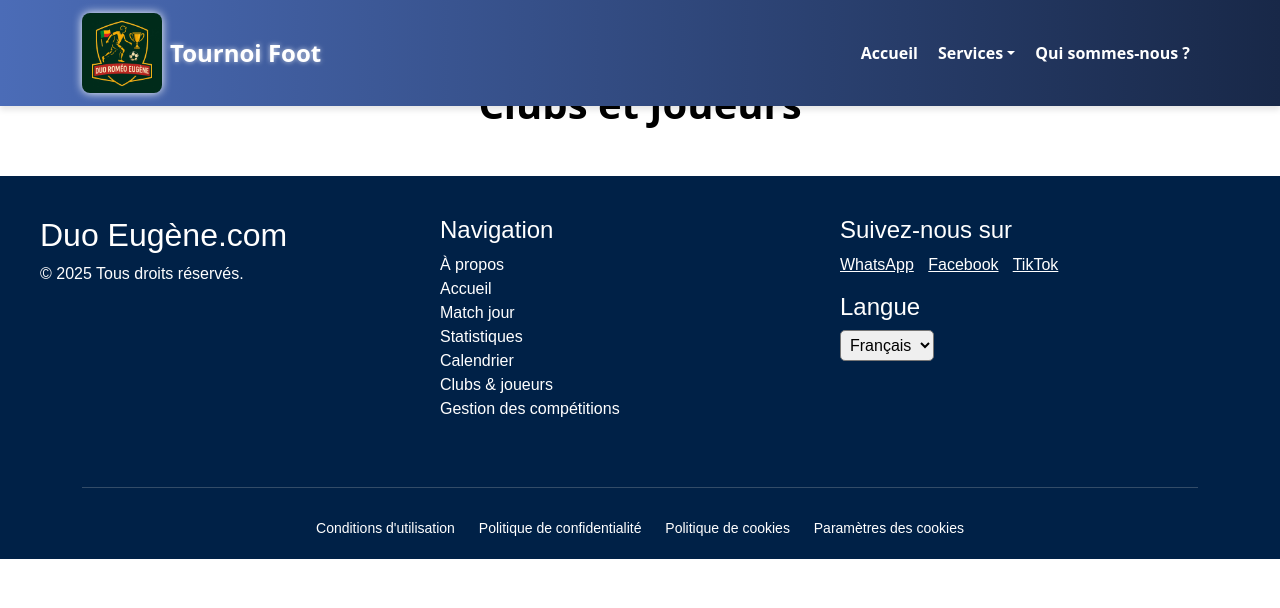
Repository: KILAYOSSI/tournoi_foot
Page: templates/pages/clubs_joueurs.html.twig
An editor plug-in stored every save of this project. The page is shown before and after the next save, followed by the edit.
The browser window is 1280 px wide. The pictures show the whole page.
The page is a Twig template of a Symfony application; nobody is signed in and links lead nowhere. The template is opened directly, without the code that normally fills it, so the values that code supplies are empty.

Above is the page before, as saved 2025-06-27 04:08:10.

### templates/pages/clubs_joueurs.html.twig
{% extends 'base.html.twig' %}

{% block title %}Clubs et Joueurs{% endblock %}

{% block body %}
<div class="container my-5">
    <h1 class="text-center mb-5 fw-bold" style="margin-top: 80px; color: #000000;">Clubs et Joueurs</h1>

    {% for club in clubs %}
        <div class="card mb-4 shadow-sm rounded-4 border-0">
            <div class="card-header text-center fw-bold fs-4
                {% if club.poule %}
                    {% if club.poule.nom == 'A' %} bg-primary text-white
                    {% elseif club.poule.nom == 'B' %} bg-success text-white
                    {% elseif club.poule.nom == 'C' %} bg-warning text-dark
                    {% elseif club.poule.nom == 'D' %} bg-info text-white
                    {% else %} bg-secondary text-white
                    {% endif %}
                {% else %}
                    bg-light text-dark
                {% endif %}
                rounded-top-4">
                {{ club.nom }}
                {% if club.poule %}
                    <span class="badge ms-2
                        {% if club.poule.nom == 'A' %} bg-primary
                        {% elseif club.poule.nom == 'B' %} bg-success
                        {% elseif club.poule.nom == 'C' %} bg-warning text-dark
                        {% elseif club.poule.nom == 'D' %} bg-info
                        {% else %} bg-secondary
                        {% endif %}
                    ">
                        Poule {{ club.poule.nom }}
                    </span>
                {% else %}
                    <span class="badge bg-secondary">Poule inconnue</span>
                {% endif %}
            </div>
            <div class="card-body">
                {% if club.joueurs|length > 0 %}
                    <div class="table-responsive">
                        <table class="table table-striped table-bordered align-middle mb-0">
                            <thead class="table-light">
                                <tr>
                                    <th>Nom du joueur</th>
                                    <th>Buts</th>
                                    <th>Passes</th>
                                    <th>🟨 Cartons jaunes</th>
                                    <th>🟥 Cartons rouges</th>
                                </tr>
                            </thead>
                            <tbody>
                                {% for joueur in club.joueurs %}
                                    <tr>
                                        <td>{{ joueur.nom }}</td>
                                        <td>{{ joueur.statistiquesmatches|length > 0 ? joueur.statistiquesmatches|first.buts : 0 }}</td>
                                        <td>{{ joueur.statistiquesmatches|length > 0 ? joueur.statistiquesmatches|first.passes : 0 }}</td>
                                        <td>{{ joueur.statistiquesmatches|length > 0 ? joueur.statistiquesmatches|first.cartonsjaunes : 0 }}</td>
                                        <td>{{ joueur.statistiquesmatches|length > 0 ? joueur.statistiquesmatches|first.cartonsrouges : 0 }}</td>
                                    </tr>
                                {% endfor %}
                            </tbody>
                        </table>
                    </div>
                {% else %}
                    <p class="text-center fst-italic">Aucun joueur enregistré pour ce club.</p>
                {% endif %}
            </div>
        </div>
    {% endfor %}
</div>

<style>
    .card-header {
        letter-spacing: 0.05em;
    }
    table.table tbody tr:hover {
        background-color: rgba(13, 110, 253, 0.1);
        cursor: pointer;
        transition: background-color 0.3s ease;
    }
</style>
{% endblock %}

### templates/base.html.twig
<!DOCTYPE html>
<html lang="fr">
<head>
    <meta charset="UTF-8" />
    <meta name="viewport" content="width=device-width, initial-scale=1" />
    <title>{% block title %}Tournoi de Football Inter-Village{% endblock %}</title>
    <link href="https://cdn.jsdelivr.net/npm/bootstrap@5.3.0/dist/css/bootstrap.min.css" rel="stylesheet" />
    <link rel="stylesheet" href="{{ asset('css/style.css') }}" />
    <link rel="stylesheet" href="{{ asset('css/custom_home.css') }}" />
    {% block stylesheets %}{% endblock %}
</head>
<body>
    <header>
        <nav class="navbar navbar-expand-lg fixed-top" style="background: linear-gradient(90deg, #4b6cb7 0%, #182848 100%); box-shadow: 0 4px 6px rgba(0,0,0,0.1);">
            <div class="container">
                <a class="navbar-brand d-flex align-items-center" href="{{ path('home') }}" style="font-weight: bold; font-size: 1.5rem; color: white; text-shadow: 0 0 5px rgba(255,255,255,0.7);">
<img src="{{ asset('assets/WhatsApp Image 2025-06-23 à 13.44.55_704b8a70.jpg') }}" alt="Logo" height="80" class="d-inline-block align-text-top me-2" style="filter: drop-shadow(0 0 5px #fff); border-radius: 0.5rem; max-height: 100px; max-width: 100px; object-fit: contain;"/>
                    <span style="color: white;">Tournoi Foot</span>
                </a>
                <button
                    class="navbar-toggler border-0"
                    type="button"
                    data-bs-toggle="collapse"
                    data-bs-target="#megaNavbar"
                    aria-controls="megaNavbar"
                    aria-expanded="false"
                    aria-label="Toggle navigation"
                >
                    <span class="navbar-toggler-icon" style="filter: invert(1);"></span>
                </button>

                <div class="collapse navbar-collapse" id="megaNavbar">
                <ul class="navbar-nav ms-auto mb-2 mb-lg-0 fw-semibold">
                        <li class="nav-item">
                            <a class="nav-link text-white d-flex align-items-center" href="{{ path('home') }}" style="position: relative;">
                                <i class="fas fa-home me-1"></i> Accueil
                                <span class="nav-highlight"></span>
                            </a>
                        </li>
                        <li class="nav-item dropdown">
                            <a class="nav-link dropdown-toggle text-white d-flex align-items-center" href="#" id="servicesDropdown" role="button" data-bs-toggle="dropdown" aria-expanded="false" style="position: relative;">
                                <i class="fas fa-star me-1"></i> Services
                                <span class="nav-highlight"></span>
                            </a>
                            <ul class="dropdown-menu dropdown-menu-dark" aria-labelledby="servicesDropdown" style="background: linear-gradient(135deg, #667eea, #764ba2); border: none; box-shadow: 0 4px 10px rgba(0,0,0,0.3);">
                                <li><a class="dropdown-item text-white" href="{{ path('vote') }}"><i class="fas fa-vote-yea me-2"></i> Vote</a></li>
                                <li><a class="dropdown-item text-white" href="{{ path('match_du_jour') }}"><i class="fas fa-futbol me-2"></i> Matchs du jour</a></li>
                                <li><a class="dropdown-item text-white" href="{{ path('statistiques') }}"><i class="fas fa-chart-bar me-2"></i> Statistiques</a></li>
                                <li><a class="dropdown-item text-white" href="{{ path('calendrier') }}"><i class="fas fa-calendar-alt me-2"></i> Calendrier</a></li>
                                <li><a class="dropdown-item text-white" href="{{ path('clubs_joueurs') }}"><i class="fas fa-users me-2"></i> Clubs & Joueurs</a></li>
                            </ul>
                        </li>
                        <li class="nav-item">
                            <a class="nav-link text-white d-flex align-items-center" href="{{ path('about') }}" style="position: relative;">
                                <i class="fas fa-info-circle me-1"></i> Qui sommes-nous ?
                                <span class="nav-highlight"></span>
                            </a>
                        </li>
                        <li class="nav-item">
                            {# Suppression du menu Contact #}
                        </li>
                    </ul>
                </div>
            </div>
        </nav>
    </header>

    <main class="container my-4">
        {% block body %}{% endblock %}
    </main>

    {% include 'includes/footer.html.twig' %}

    <script src="https://cdn.jsdelivr.net/npm/bootstrap@5.3.0/dist/js/bootstrap.bundle.min.js"></script>
    {% block javascripts %}
    {% endblock %}
</body>
</html>

### templates/includes/footer.html.twig
<footer style="background-color:#002147; color:white; font-family:Arial, sans-serif; padding:40px 20px 20px 20px;">
    <div style="display:flex; flex-wrap:wrap; justify-content:space-between; max-width:1200px; margin:auto;">

        <!-- Logo & Nom -->
        <div style="flex:1; min-width:200px; margin-bottom:20px;">
            <h2 style="color:white;">Duo Eugène.com</h2>
            <p style="line-height:1.5;">© 2025 Tous droits réservés.</p>
        </div>

        <!-- Liens principaux -->
        <div style="flex:1; min-width:200px; margin-bottom:20px;">
            <h4>Navigation</h4>
            <ul style="list-style:none; padding:0;">
                <li><a href="{{ path('about') }}" style="color:white; text-decoration:none;">À propos</a></li>
                <li><a href="{{ path('home') }}" style="color:white; text-decoration:none;">Accueil</a></li>
                <li><a href="{{ path('match_du_jour') }}" style="color:white; text-decoration:none;">Match jour</a></li>
                <li><a href="{{ path('statistiques') }}" style="color:white; text-decoration:none;">Statistiques</a></li>
                <li><a href="{{ path('calendrier') }}" style="color:white; text-decoration:none;">Calendrier</a></li>
                <li><a href="{{ path('clubs_joueurs') }}" style="color:white; text-decoration:none;">Clubs & joueurs</a></li>
                <li><a href="#" style="color:white; text-decoration:none;">Gestion des compétitions</a></li>
            </ul>
        </div>

        <!-- Réseaux sociaux -->
        <div style="flex:1; min-width:200px; margin-bottom:20px;">
            <h4>Suivez-nous sur</h4>
            <p>
                <a href="#" style="color:white; margin-right:10px;">WhatsApp</a>
                <a href="#" style="color:white; margin-right:10px;">Facebook</a>
                <a href="#" style="color:white;">TikTok</a>
            </p>

            <h4>Langue</h4>
            <select style="padding:5px; border-radius:5px;">
                <option value="fr">Français</option>
                <option value="en">English</option>
            </select>
        </div>
    </div>

    <hr style="margin:30px auto; width:90%; border-color:#ccc;">

    <!-- Conditions légales -->
    <div style="text-align:center; font-size:14px;">
        <a href="#" style="color:white; margin:0 10px; text-decoration:none;">Conditions d'utilisation</a>
        <a href="#" style="color:white; margin:0 10px; text-decoration:none;">Politique de confidentialité</a>
        <a href="#" style="color:white; margin:0 10px; text-decoration:none;">Politique de cookies</a>
        <a href="#" style="color:white; margin:0 10px; text-decoration:none;">Paramètres des cookies</a>
    </div>
</footer>

### public/css/style.css
/* Style CSS with hover effect green, enlarged statistics title and numbers */

.navbar-nav .nav-link.dropdown-toggle.fs-4.fw-bold.text-danger {
    color: #28a745 !important; /* green color */
}

.navbar-nav .dropdown-menu {
    border: 2px solid #28a745 !important; /* green border */
}

.navbar-nav .nav-link.statistiques-link {
    font-size: 1.2rem;
    font-weight: bold;
    color: #28a745 !important;
}

.cartons-table tbody tr:hover {
    transform: translateY(-5px);
    background-color: #d4edda; /* light green background on hover */
}

h1.text-center.mb-4.fw-bold {
    font-size: 2.5rem !important; /* enlarged title */
    color: #28a745 !important;
}

/* Additional styling for footer */
footer.bg-dark.text-white.text-center.py-5 {
    font-size: 1.1rem;
}

/* Add any other styles you remember from your modifications here */

### public/css/custom_home.css
.custom-margin {
    margin-right: 20px !important;
    float: left !important;
}

.margin-right-only {
    margin-right: 20px !important;
}

/* Styles pour le ticker d'informations défilantes */
.ticker-container {
    width: 100%;
    overflow: hidden;
    background-color: transparent;
    border-top: 1px solid #000;
    border-bottom: 1px solid #000;
    padding: 10px 0;
    box-sizing: border-box;
    position: relative;
    height: 30px;
}

.ticker-text {
    display: inline-block;
    white-space: nowrap;
    color: black;
    font-size: 1rem;
    position: absolute;
    will-change: transform;
    animation: ticker-scroll 15s linear infinite;
}

@keyframes ticker-scroll {
    0% {
        transform: translateX(100%);
    }
    100% {
        transform: translateX(-100%);
    }
}

/* Ajout d'un effet de surbrillance vert gazon sur les éléments du menu navbar */
.navbar-nav .nav-link {
  position: relative;
  transition: background-color 0.3s ease;
}

.navbar-nav .nav-link:hover,
.navbar-nav .nav-link:focus {
  background-color: #4CAF50 !important; /* Couleur vert gazon */
  border-radius: 0.25rem;
  color: white !important;
  z-index: 10;
}

.dropdown-menu .dropdown-item:hover,
.dropdown-menu .dropdown-item:focus {
  background-color: #4CAF50 !important; /* Couleur vert gazon */
  color: white !important;
  cursor: pointer;
  border-radius: 0.25rem;
}

.navbar-nav .nav-link .nav-highlight {
  position: absolute;
  bottom: 0;
  left: 0;
  height: 3px;
  width: 100%;
  background-color: #4CAF50 !important; /* Couleur vert gazon */
  border-radius: 2px 2px 0 0;
  opacity: 0;
  transition: opacity 0.3s ease;
}

.navbar-nav .nav-link:hover .nav-highlight,
.navbar-nav .nav-link:focus .nav-highlight {
  opacity: 1;
}

After the next save:
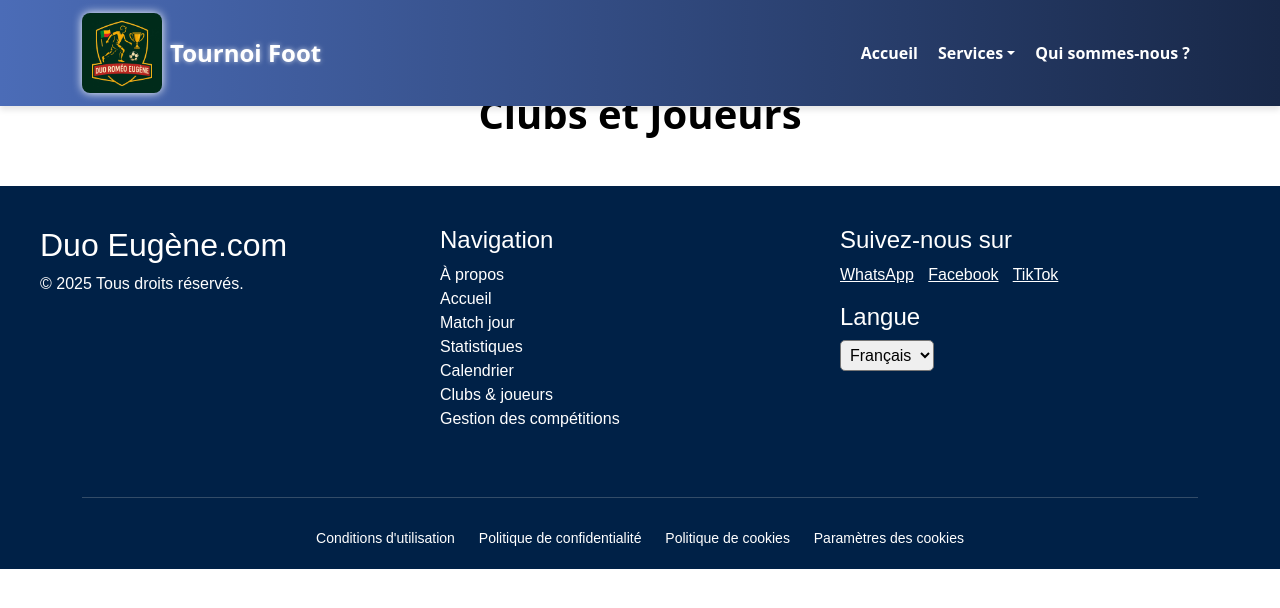
Saved 14 s later.
--- a/templates/pages/clubs_joueurs.html.twig
+++ b/templates/pages/clubs_joueurs.html.twig
@@ -4,7 +4,7 @@
 
 {% block body %}
 <div class="container my-5">
-    <h1 class="text-center mb-5 fw-bold" style="margin-top: 80px; color: #000000;">Clubs et Joueurs</h1>
+    <h1 class="text-center mb-5 fw-bold" style="margin-top: 90px; color: #000000;">Clubs et Joueurs</h1>
 
     {% for club in clubs %}
         <div class="card mb-4 shadow-sm rounded-4 border-0">
